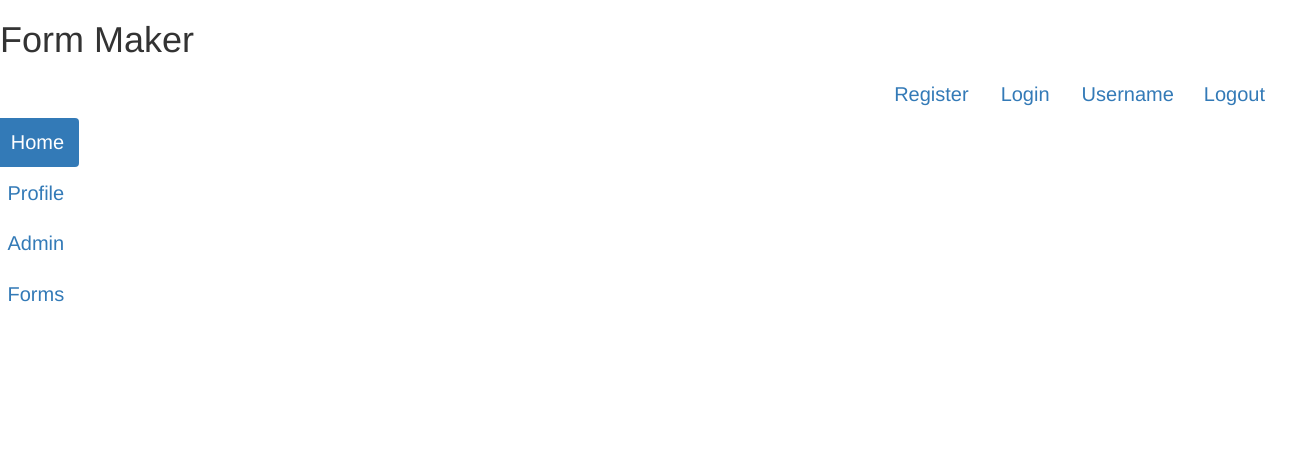
Repository: dishant8/Web-development
Page: public/WebDevWorkspace/Assignment1/WebContent/Css/Bootstrap/login.html
These files come from the project's save history. The page is drawn as it stood at one moment and after the next save; the edit follows.
The browser window is 1280 px wide. The page is 1295 px wide, so the pictures cover 1295 px, including what lies to the right of the window. The pictures show the whole page.

Above is the page before, as saved 2015-09-30 23:28:51.

### public/WebDevWorkspace/Assignment1/WebContent/Css/Bootstrap/login.html
<!DOCTYPE html>
<html>
<head>
<meta charset="ISO-8859-1">
<title>Home</title>
<!--   <link href="Css/bootstrap.min.css" rel="stylesheet" />-->
<link href="app/vendor/bootstrap/dist/css/bootstrap.min.css"
	rel="stylesheet" />

<link rel="stylesheet" href="style.css" />


</head>
<body>
	<div>
		<header id="form">
			<h1>Form Maker</h1>
			<ul class="nav nav-pills">
				<li id="logout" role="presentation"><a href="login.html">Logout</a></li>
				<li id="username" role="presentation"><a href="home.html">Username</a></li>
				<li id="login" role="presentation"><a href="login.html">Login</a></li>
				<li id="register" role="presentation"><a href="register.html">Register</a></li>
			</ul>
		</header>



	</div>

	<div class="row">

		<div class="col-xs-1">

			<ul class="nav nav-pills nav-stacked">
				<li role="presentation" class="active"><a href="home.html">Home</a></li>
				<li role="presentation"><a href="profile.html">Profile</a></li>
				<li role="presentation"><a href="admin.html">Admin</a></li>
				<li role="presentation"><a href="forms.html">Forms</a></li>
			</ul>
		</div>

		<div class="col-xs-1">

		</div>

### public/WebDevWorkspace/Assignment1/WebContent/Css/Bootstrap/style.css
body{
margin="10px";
padding="10px";

}

.col-md-1{
	border-right: black solid medium;
	border-top: black solid medium;
	border-bottom: black solid medium;
	border-left: black solid medium;
	font-size :15px;

}

#form{
		font-size: 20px;
	}


.contain{
		border-bottom: black solid medium;
	border-top: black solid medium;
	border-right: black solid medium;
	border-left: black solid medium;
	margin-top: 30 px;
	margin-bottom: 30 px;
	margin-left: 30 px;
	margin-right: 30 px;

}

#navigate{
	float= right;
	font-size: 20px;
}

.nav-pills>li{
	float: right;
	font-size: 20px;
}

Loaded but not shown: public/WebDevWorkspace/Assignment1/WebContent/Css/Bootstrap/app/vendor/bootstrap/dist/css/bootstrap.min.css (library)

After the next save:
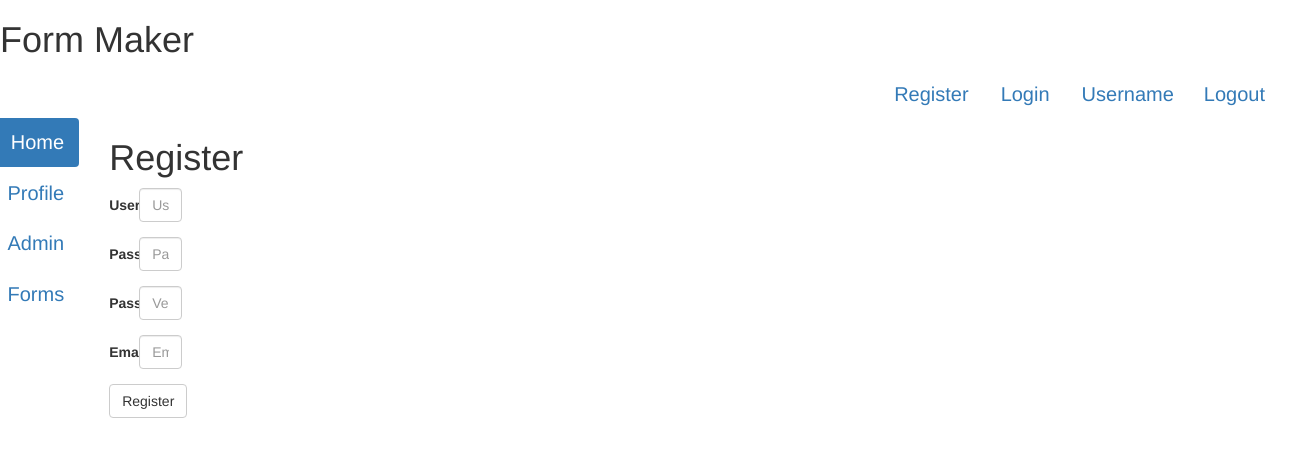
Saved 39 s later.
--- a/public/WebDevWorkspace/Assignment1/WebContent/Css/Bootstrap/login.html
+++ b/public/WebDevWorkspace/Assignment1/WebContent/Css/Bootstrap/login.html
@@ -41,4 +41,45 @@
 
 		<div class="col-xs-1">
 
+		<h1>Register</h1>
+			<form class="form-horizontal">
+				<div class="form-group">
+					<label for="username" class="col-sm-1 control-label">Username</label>
+					<div class="col-sm-8">
+						<input type="text" class="form-control" id="username"
+							placeholder="Username">
+					</div>
+				</div>
+				<div class="form-group">
+					<label for="password" class="col-sm-1 control-label">Password</label>
+					<div class="col-sm-8">
+						<input type="password" class="form-control" id="password"
+							placeholder="Password">
+					</div>
+				</div>
+				<div class="form-group">
+					<label for="verify password" class="col-sm-1 control-label">Password</label>
+					<div class="col-sm-8">
+						<input type="password" class="form-control" id="verify password"
+							placeholder="Verify Password">
+					</div>
+				</div>
+
+				<div class="form-group">
+					<label for="email" class="col-sm-1 control-label">Email</label>
+					<div class="col-sm-8">
+						<input type="password" class="form-control" id="email"
+							placeholder="Email">
+					</div>
+				</div>
+
+
+				<div class="form-group">
+					<div class="col-sm-8">
+						<button type="submit" class="btn btn-default">Register</button>
+					</div>
+				</div>
+			</form>
+
+
 		</div>
